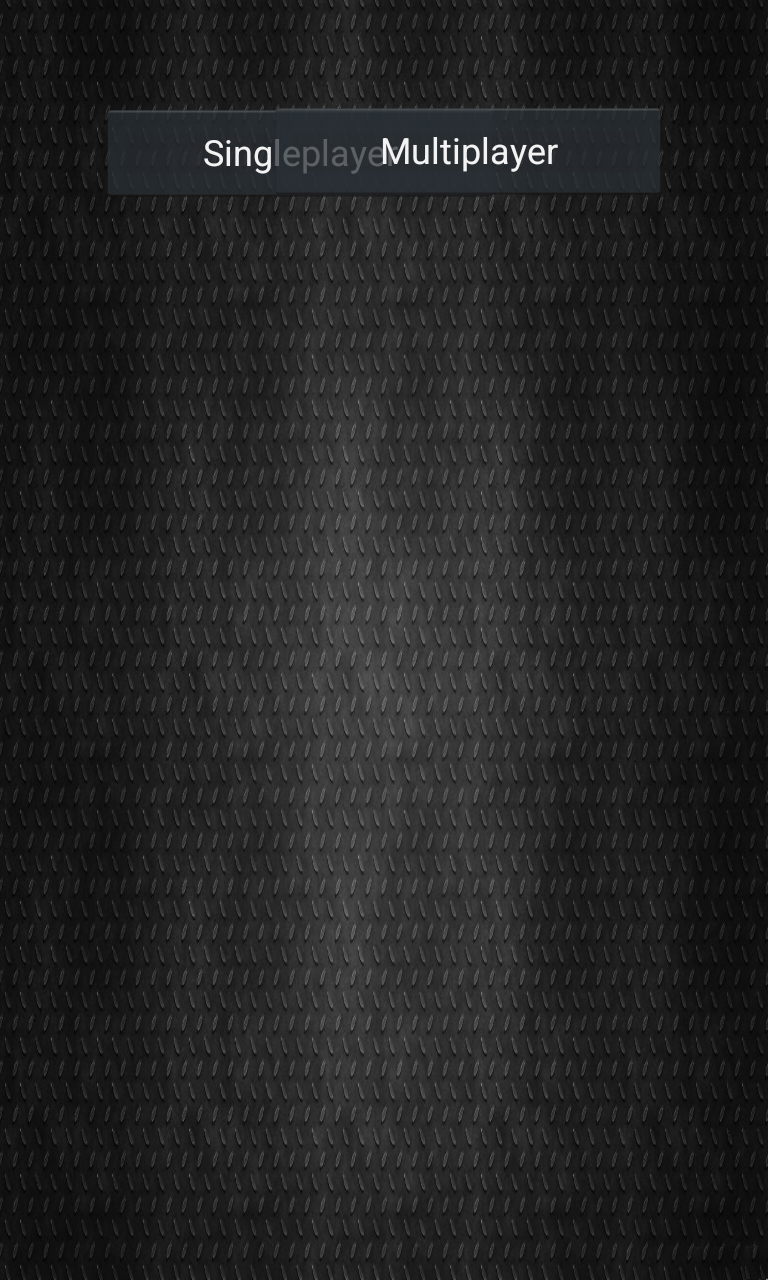
Repository: guerrajorge/deadlywheels
Layout: DeadlyWheels/res/layout/gamemode_layout.xml
The author's editor kept a copy of each file at every save. The layout is drawn from the files as they stood at one save, then again after the next save.
It is drawn on a 768 x 1280 px phone screen (xhdpi) without system bars, with theme android:Theme.Holo; the app's code is not run.

Above is the layout before, as saved 2014-11-23 16:47:05.

After the next save:
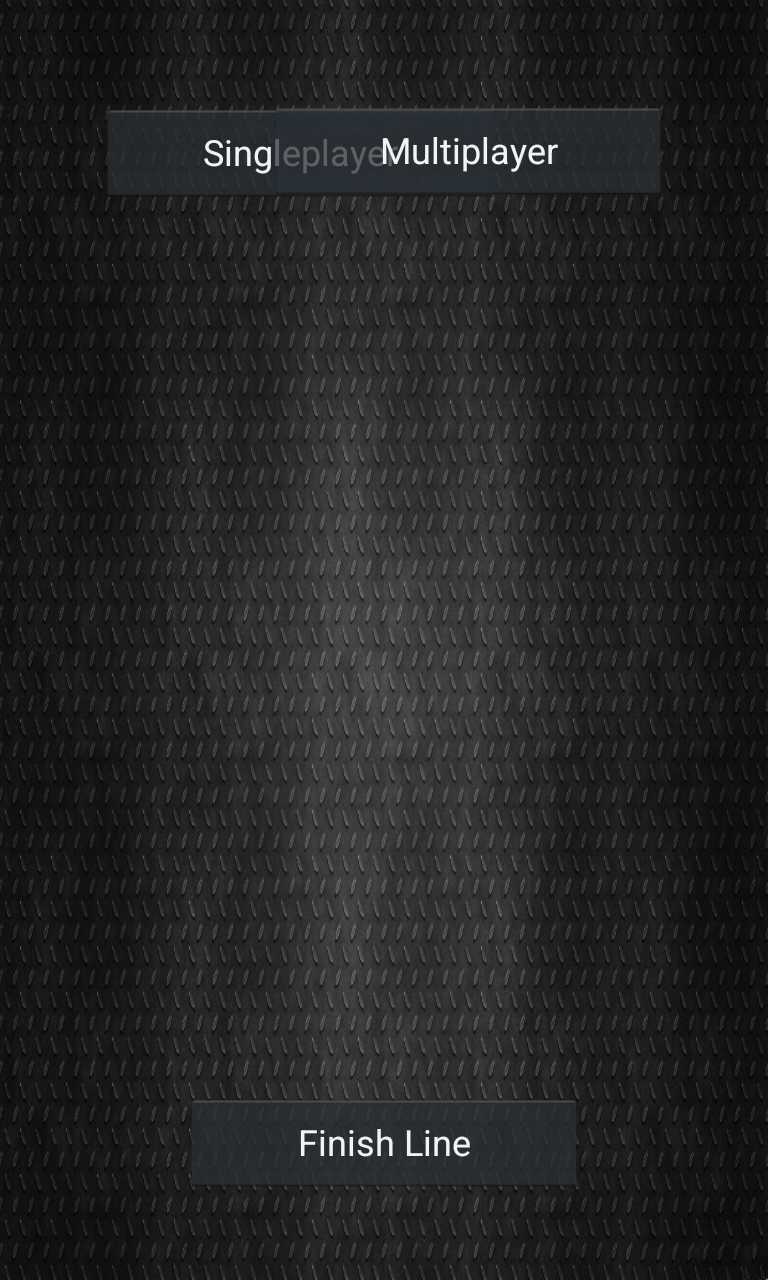
Saved 81 min 7 s later.
--- a/DeadlyWheels/res/layout/gamemode_layout.xml
+++ b/DeadlyWheels/res/layout/gamemode_layout.xml
@@ -28,4 +28,14 @@
         android:layout_marginTop="50dp"
         android:text="@string/multimode" />
 
+    <Button
+        android:id="@+id/Button01"
+        android:layout_width="200sp"
+        android:layout_height="50sp"
+        android:layout_alignParentBottom="true"
+        android:layout_centerHorizontal="true"
+        android:layout_marginBottom="44dp"
+        android:onClick="gotoCarDroidDuinoActivity"
+        android:text="@string/finishline" />
+
 </RelativeLayout>
